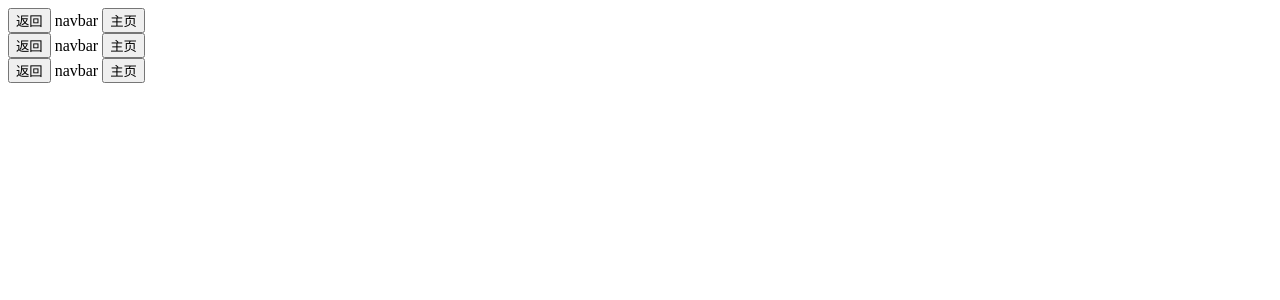
Repository: xiemin2161/mytest
Page: 02-1-组件父传子.html
The author's editor kept a copy of each file at every save. The page is drawn from the files as they stood at one save, then again after the next save.
The browser window is 1280 px wide. The pictures show the whole page.

Above is the page before, as saved 2023-02-01 17:21:24.

After the next save:
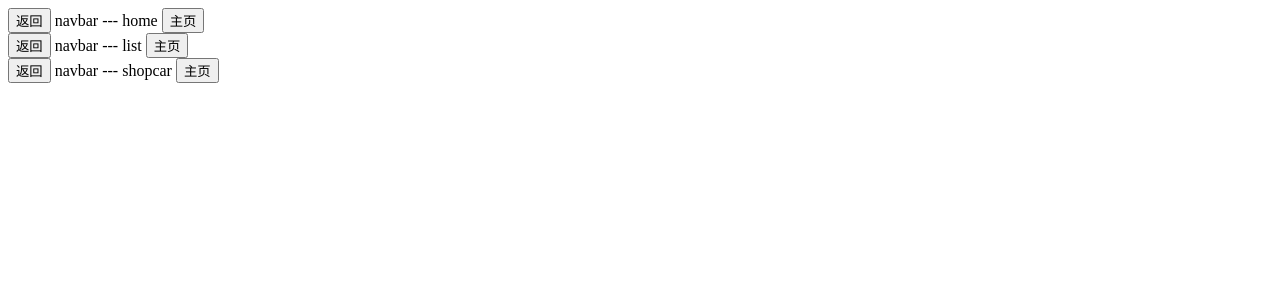
Saved 11 s later.
--- a/02-1-组件父传子.html
+++ b/02-1-组件父传子.html
@@ -26,7 +26,7 @@
         template: `
           <div>
             <button>返回</button>
-            navbar
+            navbar --- {{myname}}
             <button>主页</button>
           </div>
         `,
